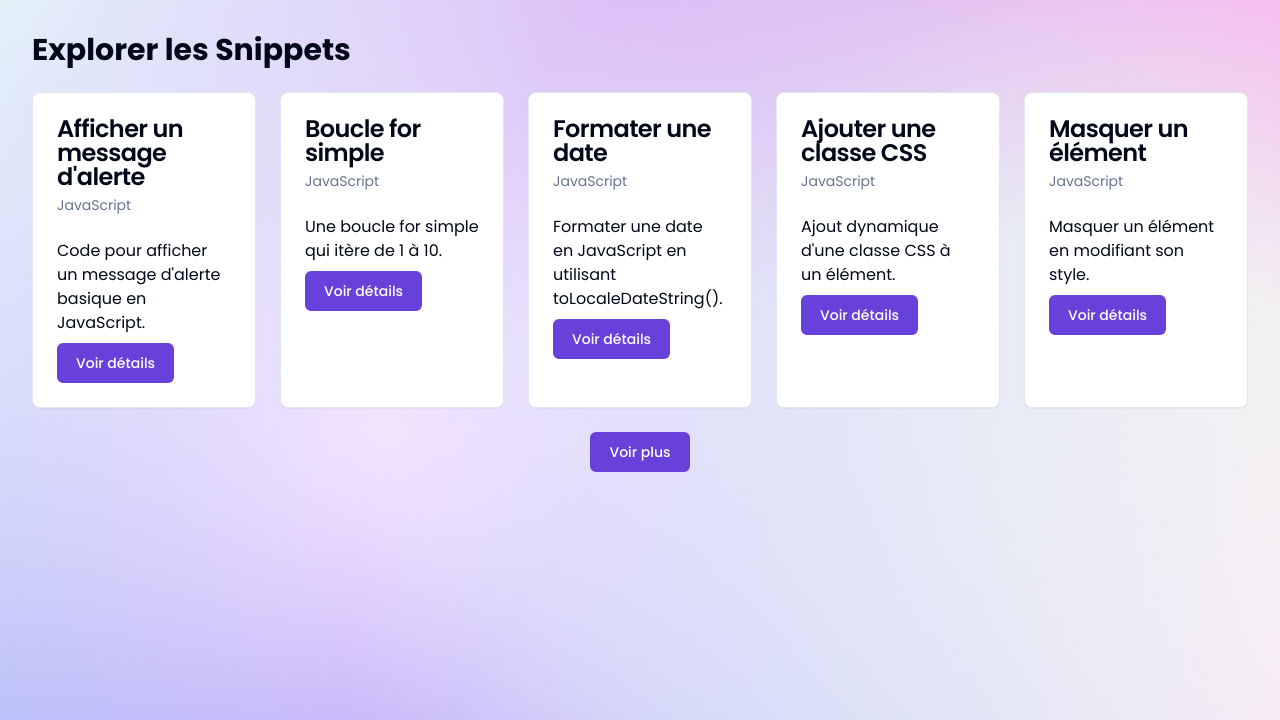
Repository: khadyba/Mediacy
Page: /snippets
An editor plug-in stored every save of this project. The page is shown before and after a run of saves, followed by the edit.
The browser window is 1280 px wide. The pictures show the whole page.
The project was rebuilt for these pictures with package versions that can differ from the ones it lists, and the page was loaded fresh each time. The framework's server and built-in components were replaced by stand-ins that run in the browser. Also part of the build but not shown: next.config.mjs.

Above is the page before, as saved 2024-09-22 22:40:06.

### app/layout.tsx
import React from 'react';
import type { Metadata } from 'next';
import { Poppins } from 'next/font/google';
import "./globals.css";
const poppins = Poppins({ subsets: ["latin"],
  weight:['300','400','500','600','700'] });

export const metadata: Metadata = {
  title: "SnippetVault",

};

export default function RootLayout({
  children,
}: Readonly<{
  children: React.ReactNode;
}>) {
  return (
    <html lang="fr">
      <body className={poppins.className}>
          {children}
        </body>
    </html>
  );
}

### app/snippets/layout.tsx
interface LandingSnippetProps {
    children: React.ReactNode;
  }

const LandingSnippet = ({ children }: LandingSnippetProps) => {
    return(
                  <div>
                    {children}
                  </div>
    )
}
export default LandingSnippet

### app/snippets/page.tsx
"use client";

import { BackgroundImages } from "../_components/BackgroundImage";
import SnippetList from "../_components/CardSnippet";


export default function PageSnippets() {
  return (
    <div className="p-8">
      <h1 className="text-3xl font-bold mb-6">Explorer les Snippets</h1>
               <BackgroundImages />
               <SnippetList />
    </div>
  );
}

### app/globals.css
@tailwind base;
@tailwind components;
@tailwind utilities;


html,
body,
:root {
     height: 100%;
}

html, body {
  margin: 0;
  padding: 0;
  height: 100%;
  width: 100%;
}






:root {
  --foreground-rgb: 0, 0, 0;
  --background-start-rgb: 214, 219, 220;
  --background-end-rgb: 255, 255, 255;
}

@media (prefers-color-scheme: dark) {
  :root {
    --foreground-rgb: 255, 255, 255;
    --background-start-rgb: 0, 0, 0;
    --background-end-rgb: 0, 0, 0;
  }
}

@layer utilities {
  .text-balance {
    text-wrap: balance;
  }
}

@layer base {
  :root {
    --background: 0 0% 100%;
    --foreground: 222.2 84% 4.9%;
    --card: 0 0% 100%;
    --card-foreground: 222.2 84% 4.9%;
    --popover: 0 0% 100%;
    --popover-foreground: 222.2 84% 4.9%;
    --primary: 222.2 47.4% 11.2%;
    --primary-foreground: 210 40% 98%;
    --secondary: 210 40% 96.1%;
    --secondary-foreground: 222.2 47.4% 11.2%;
    --muted: 210 40% 96.1%;
    --muted-foreground: 215.4 16.3% 46.9%;
    --accent: 210 40% 96.1%;
    --accent-foreground: 222.2 47.4% 11.2%;
    --destructive: 0 84.2% 60.2%;
    --destructive-foreground: 210 40% 98%;
    --border: 214.3 31.8% 91.4%;
    --input: 214.3 31.8% 91.4%;
    --ring: 222.2 84% 4.9%;
    --chart-1: 12 76% 61%;
    --chart-2: 173 58% 39%;
    --chart-3: 197 37% 24%;
    --chart-4: 43 74% 66%;
    --chart-5: 27 87% 67%;
    --radius: 0.5rem;
  }
  .dark {
    --background: 222.2 84% 4.9%;
    --foreground: 210 40% 98%;
    --card: 222.2 84% 4.9%;
    --card-foreground: 210 40% 98%;
    --popover: 222.2 84% 4.9%;
    --popover-foreground: 210 40% 98%;
    --primary: 210 40% 98%;
    --primary-foreground: 222.2 47.4% 11.2%;
    --secondary: 217.2 32.6% 17.5%;
    --secondary-foreground: 210 40% 98%;
    --muted: 217.2 32.6% 17.5%;
    --muted-foreground: 215 20.2% 65.1%;
    --accent: 217.2 32.6% 17.5%;
    --accent-foreground: 210 40% 98%;
    --destructive: 0 62.8% 30.6%;
    --destructive-foreground: 210 40% 98%;
    --border: 217.2 32.6% 17.5%;
    --input: 217.2 32.6% 17.5%;
    --ring: 212.7 26.8% 83.9%;
    --chart-1: 220 70% 50%;
    --chart-2: 160 60% 45%;
    --chart-3: 30 80% 55%;
    --chart-4: 280 65% 60%;
    --chart-5: 340 75% 55%;
  }
}

@layer base {
  * {
    @apply border-border;
  }
  body {
    @apply bg-background text-foreground;
  }
}

### app/_components/BackgroundImage.tsx

import Image from "next/image";
import bgImage from '@/public/background.webp';

export const BackgroundImages = () => {
  return (
    <div className="fixed inset-0 z-[-1] overflow-hidden">
      <Image
        src={bgImage}
        alt="Background"
        fill
        placeholder="blur"
        sizes="100vw"
        className="object-cover w-full h-full"
      />
    </div>
  );
};

### app/_components/CardSnippet.tsx
"use client";
import { useState, useEffect } from "react";
import { Button } from "@/components/ui/button";
import { Card, CardContent, CardDescription, CardHeader, CardTitle } from "@/components/ui/card";

// Définir un type pour les snippets
type Snippet = {
  id: number;
  titre: string;
  description: string;
  code: string;
  categorie: string;
};

export default function SnippetList() {
  const [snippets, setSnippets] = useState<Snippet[]>([]);
  const [visibleCount, setVisibleCount] = useState(5); // État pour le nombre de snippets visibles
  const [showCode, setShowCode] = useState<number | null>(null); // État pour le code à afficher (par id)

  useEffect(() => {
    fetch("/data/snippets.json")
      .then((response) => response.json())
      .then((data) => setSnippets(data));
  }, []);

  // Fonction pour charger plus de snippets
  const loadMoreSnippets = () => {
    setVisibleCount((prevCount) => prevCount + 5);
  };

  // Fonction pour afficher/masquer le code d'un snippet
  const toggleShowCode = (id: number) => {
    if (showCode === id) {
      setShowCode(null); // Si on clique à nouveau, on cache le code
    } else {
      setShowCode(id); // Sinon on montre le code
    }
  };

  return (
    <div className="flex flex-col items-center">
      {/* Grille des cartes */}
      <div className="grid grid-cols-1 sm:grid-cols-2 md:grid-cols-3 lg:grid-cols-5 gap-6 max-w-screen-xl">
        {snippets.slice(0, visibleCount).map((snippet) => (
          <Card key={snippet.id} className="w-full max-w-xs">
            <CardHeader>
              <CardTitle>{snippet.titre}</CardTitle>
              <CardDescription>{snippet.categorie}</CardDescription>
            </CardHeader>
            <CardContent>
              <p>{snippet.description}</p>
              {/* Bouton pour voir plus de détails */}
              <Button
                variant="secondary"
                className="mt-2"
                onClick={() => toggleShowCode(snippet.id)}
              >
                {showCode === snippet.id ? "Masquer le code" : "Voir détails"}
              </Button>

              {/* Affichage du code uniquement si le bouton est cliqué */}
              {showCode === snippet.id && (
                <pre className="bg-gray-100 p-2 mt-2 rounded-md max-h-40 overflow-auto">
                  {snippet.code}
                </pre>
              )}
            </CardContent>
          </Card>
        ))}
      </div>

      {/* Bouton "Voir plus" */}
      {visibleCount < snippets.length && (
        <Button variant="secondary" className="mt-6" onClick={loadMoreSnippets}>
          Voir plus
        </Button>
      )}
    </div>
  );
}

### components/ui/button.tsx
import * as React from "react"
import { Slot } from "@radix-ui/react-slot"
import { cva, type VariantProps } from "class-variance-authority"

import { cn } from "@/lib/utils"

const buttonVariants = cva(
  "inline-flex items-center justify-center whitespace-nowrap rounded-md text-sm font-medium ring-offset-background transition-colors focus-visible:outline-none focus-visible:ring-2 focus-visible:ring-ring focus-visible:ring-offset-2 disabled:pointer-events-none disabled:opacity-50",
  {
    variants: {
      variant: {
        default: "bg-primary text-primary-foreground hover:bg-primary/90",
        primary: "bg-transparant hover:bg-[#6841DA] text-[#6841DA] hover:text-white border-[3px] border-[#6841DA] ",
        secondary: "bg-[#6841DA] text-white border-[3px] border-[#6841DA] ",
        purple: "bg-transparant  text-[#6841DA] border-[3px]  hover:bg-[#6841DA] hover:text-white border-[#6841DA] "
      },
      size: {
        default: "h-10 px-4 py-2",
        sm: "h-9 rounded-md px-3",
        lg: "h-[50px]  rounded-lg px-5 py-4",
        icon: "h-10 w-10",
      },
    },
    defaultVariants: {
      variant: "default",
      size: "default",
    },
  }
)

export interface ButtonProps
  extends React.ButtonHTMLAttributes<HTMLButtonElement>,
    VariantProps<typeof buttonVariants> {
  asChild?: boolean
}

const Button = React.forwardRef<HTMLButtonElement, ButtonProps>(
  ({ className, variant, size, asChild = false, ...props }, ref) => {
    const Comp = asChild ? Slot : "button"
    return (
      <Comp
        className={cn(buttonVariants({ variant, size, className }))}
        ref={ref}
        {...props}
      />
    )
  }
)
Button.displayName = "Button"

export { Button, buttonVariants }

### components/ui/card.tsx
import * as React from "react"

import { cn } from "@/lib/utils"

const Card = React.forwardRef<
  HTMLDivElement,
  React.HTMLAttributes<HTMLDivElement>
>(({ className, ...props }, ref) => (
  <div
    ref={ref}
    className={cn(
      "rounded-lg border bg-card text-card-foreground shadow-sm",
      className
    )}
    {...props}
  />
))
Card.displayName = "Card"

const CardHeader = React.forwardRef<
  HTMLDivElement,
  React.HTMLAttributes<HTMLDivElement>
>(({ className, ...props }, ref) => (
  <div
    ref={ref}
    className={cn("flex flex-col space-y-1.5 p-6", className)}
    {...props}
  />
))
CardHeader.displayName = "CardHeader"

const CardTitle = React.forwardRef<
  HTMLParagraphElement,
  React.HTMLAttributes<HTMLHeadingElement>
>(({ className, ...props }, ref) => (
  <h3
    ref={ref}
    className={cn(
      "text-2xl font-semibold leading-none tracking-tight",
      className
    )}
    {...props}
  />
))
CardTitle.displayName = "CardTitle"

const CardDescription = React.forwardRef<
  HTMLParagraphElement,
  React.HTMLAttributes<HTMLParagraphElement>
>(({ className, ...props }, ref) => (
  <p
    ref={ref}
    className={cn("text-sm text-muted-foreground", className)}
    {...props}
  />
))
CardDescription.displayName = "CardDescription"

const CardContent = React.forwardRef<
  HTMLDivElement,
  React.HTMLAttributes<HTMLDivElement>
>(({ className, ...props }, ref) => (
  <div ref={ref} className={cn("p-6 pt-0", className)} {...props} />
))
CardContent.displayName = "CardContent"

const CardFooter = React.forwardRef<
  HTMLDivElement,
  React.HTMLAttributes<HTMLDivElement>
>(({ className, ...props }, ref) => (
  <div
    ref={ref}
    className={cn("flex items-center p-6 pt-0", className)}
    {...props}
  />
))
CardFooter.displayName = "CardFooter"

export { Card, CardHeader, CardFooter, CardTitle, CardDescription, CardContent }

### tailwind.config.ts
import type { Config } from "tailwindcss";

const config: Config = {
    darkMode: ["class"],
    content: [
    "./pages/**/*.{js,ts,jsx,tsx,mdx}",
    "./components/**/*.{js,ts,jsx,tsx,mdx}",
    "./app/**/*.{js,ts,jsx,tsx,mdx}",
  ],
  theme: {
  	extend: {
  		backgroundImage: {
  			'gradient-radial': 'radial-gradient(var(--tw-gradient-stops))',
  			'gradient-conic': 'conic-gradient(from 180deg at 50% 50%, var(--tw-gradient-stops))'
  		},
  		borderRadius: {
  			lg: 'var(--radius)',
  			md: 'calc(var(--radius) - 2px)',
  			sm: 'calc(var(--radius) - 4px)'
  		},
  		colors: {
  			background: 'hsl(var(--background))',
  			foreground: 'hsl(var(--foreground))',
  			card: {
  				DEFAULT: 'hsl(var(--card))',
  				foreground: 'hsl(var(--card-foreground))'
  			},
  			popover: {
  				DEFAULT: 'hsl(var(--popover))',
  				foreground: 'hsl(var(--popover-foreground))'
  			},
  			primary: {
  				DEFAULT: 'hsl(var(--primary))',
  				foreground: 'hsl(var(--primary-foreground))'
  			},
  			secondary: {
  				DEFAULT: 'hsl(var(--secondary))',
  				foreground: 'hsl(var(--secondary-foreground))'
  			},
  			muted: {
  				DEFAULT: 'hsl(var(--muted))',
  				foreground: 'hsl(var(--muted-foreground))'
  			},
  			accent: {
  				DEFAULT: 'hsl(var(--accent))',
  				foreground: 'hsl(var(--accent-foreground))'
  			},
  			destructive: {
  				DEFAULT: 'hsl(var(--destructive))',
  				foreground: 'hsl(var(--destructive-foreground))'
  			},
  			border: 'hsl(var(--border))',
  			input: 'hsl(var(--input))',
  			ring: 'hsl(var(--ring))',
  			chart: {
  				'1': 'hsl(var(--chart-1))',
  				'2': 'hsl(var(--chart-2))',
  				'3': 'hsl(var(--chart-3))',
  				'4': 'hsl(var(--chart-4))',
  				'5': 'hsl(var(--chart-5))'
  			},
			  transparent: 'transparent',
			  current: 'currentColor',
			  'white': '#ffffff',
			  'purple': '#3f3cbb',
			  'midnight': '#121063',
			  'metal': '#565584',
			  'tahiti': '#3ab7bf',
			  'silver': '#ecebff',
			  'bubble-gum': '#ff77e9',
			  'bermuda': '#78dcca',
  		}
  	}
  },
  plugins: [require("tailwindcss-animate")],
};
export default config;

### public/data/snippets.json
[
    {
      "id": 1,
      "titre": "Afficher un message d'alerte",
      "description": "Code pour afficher un message d'alerte basique en JavaScript.",
      "code": "alert('Bonjour!');",
      "categorie": "JavaScript"
    },
    {
      "id": 2,
      "titre": "Boucle for simple",
      "description": "Une boucle for simple qui itère de 1 à 10.",
      "code": "for(let i = 1; i <= 10; i++) { console.log(i); }",
      "categorie": "JavaScript"
    },
    {
      "id": 3,
      "titre": "Formater une date",
      "description": "Formater une date en JavaScript en utilisant toLocaleDateString().",
      "code": "const date = new Date(); console.log(date.toLocaleDateString('fr-FR'));",
      "categorie": "JavaScript"
    },
    {
      "id": 4,
      "titre": "Ajouter une classe CSS",
      "description": "Ajout dynamique d'une classe CSS à un élément.",
      "code": "document.getElementById('monElement').classList.add('maClasse');",
      "categorie": "JavaScript"
    },
    {
      "id": 5,
      "titre": "Masquer un élément",
      "description": "Masquer un élément en modifiant son style.",
      "code": "document.getElementById('monElement').style.display = 'none';",
      "categorie": "JavaScript"
    },
    {
      "id": 6,
      "titre": "Convertir un tableau en chaîne",
      "description": "Convertir un tableau en une chaîne de caractères avec join().",
      "code": "const tableau = ['apple', 'banana', 'cherry']; console.log(tableau.join(', '));",
      "categorie": "JavaScript"
    },
    {
      "id": 7,
      "titre": "Afficher la longueur d'une chaîne",
      "description": "Afficher le nombre de caractères dans une chaîne.",
      "code": "const chaine = 'Bonjour'; console.log(chaine.length);",
      "categorie": "JavaScript"
    },
    {
      "id": 8,
      "titre": "Vérifier un nombre pair",
      "description": "Code pour vérifier si un nombre est pair.",
      "code": "const estPair = (num) => num % 2 === 0; console.log(estPair(4));",
      "categorie": "JavaScript"
    },
    {
      "id": 9,
      "titre": "Créer un bouton en HTML",
      "description": "Code HTML pour créer un bouton simple.",
      "code": "<button>Cliquez-moi</button>",
      "categorie": "HTML"
    },
    {
      "id": 10,
      "titre": "Lien vers une page externe",
      "description": "Code HTML pour créer un lien qui s'ouvre dans un nouvel onglet.",
      "code": "<a href='https://exemple.com' target='_blank'>Visitez le site</a>",
      "categorie": "HTML"
    }
  ]

Loaded but not shown: lib/utils.ts (common file)

After the next 4 saves:
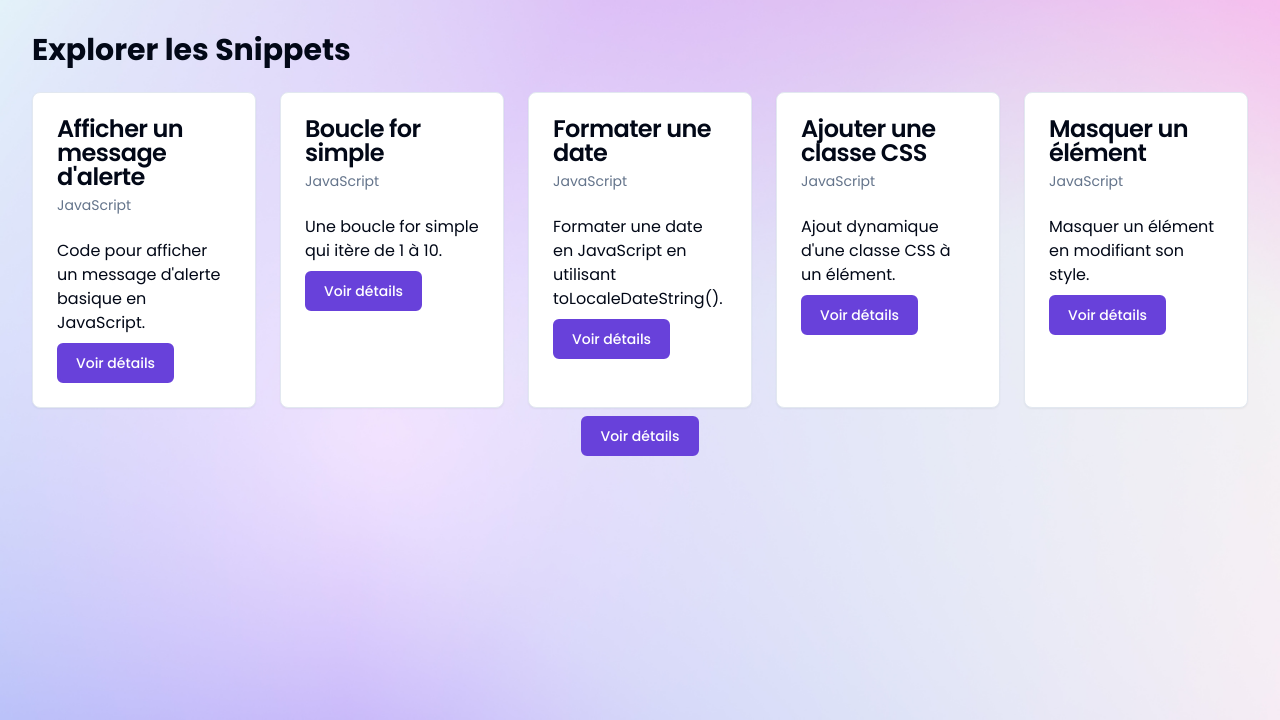
The 4 saves are shown as one change because 3 did not build or start.
The last was saved 12 days later.
--- a/app/_components/CardSnippet.tsx
+++ b/app/_components/CardSnippet.tsx
@@ -1,5 +1,6 @@
 "use client";
 import { useState, useEffect } from "react";
+import Link from "next/link";
 import { Button } from "@/components/ui/button";
 import { Card, CardContent, CardDescription, CardHeader, CardTitle } from "@/components/ui/card";
 
@@ -71,9 +72,12 @@ export default function SnippetList() {
 
       {/* Bouton "Voir plus" */}
       {visibleCount < snippets.length && (
-        <Button variant="secondary" className="mt-6" onClick={loadMoreSnippets}>
-          Voir plus
-        </Button>
+      <Button
+      variant="secondary"
+      className="mt-2"
+    >
+      <Link to={`/snippets/${snippets.id}`}>Voir détails</Link>
+    </Button>
       )}
     </div>
   );
